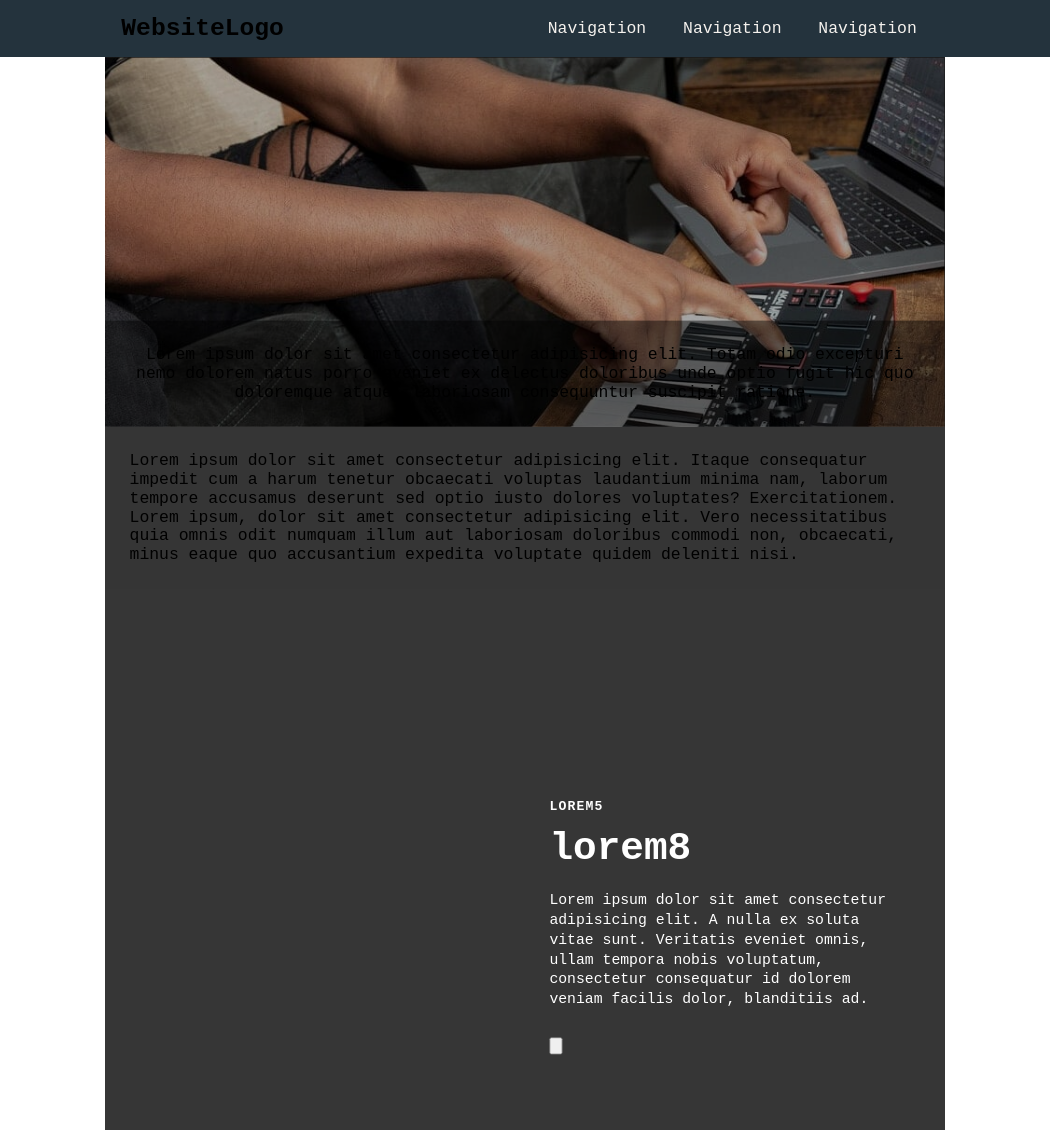
Repository: piotrokrutniak/Projekt-Studia
Page: index.html
An editor plug-in stored every save of this project. The page is shown before and after the next save, followed by the edit.
The browser window is 1280 px wide. The pictures show the whole page, at 82% of full size.

Above is the page before, as saved 2023-03-04 14:54:40.

After the next save:
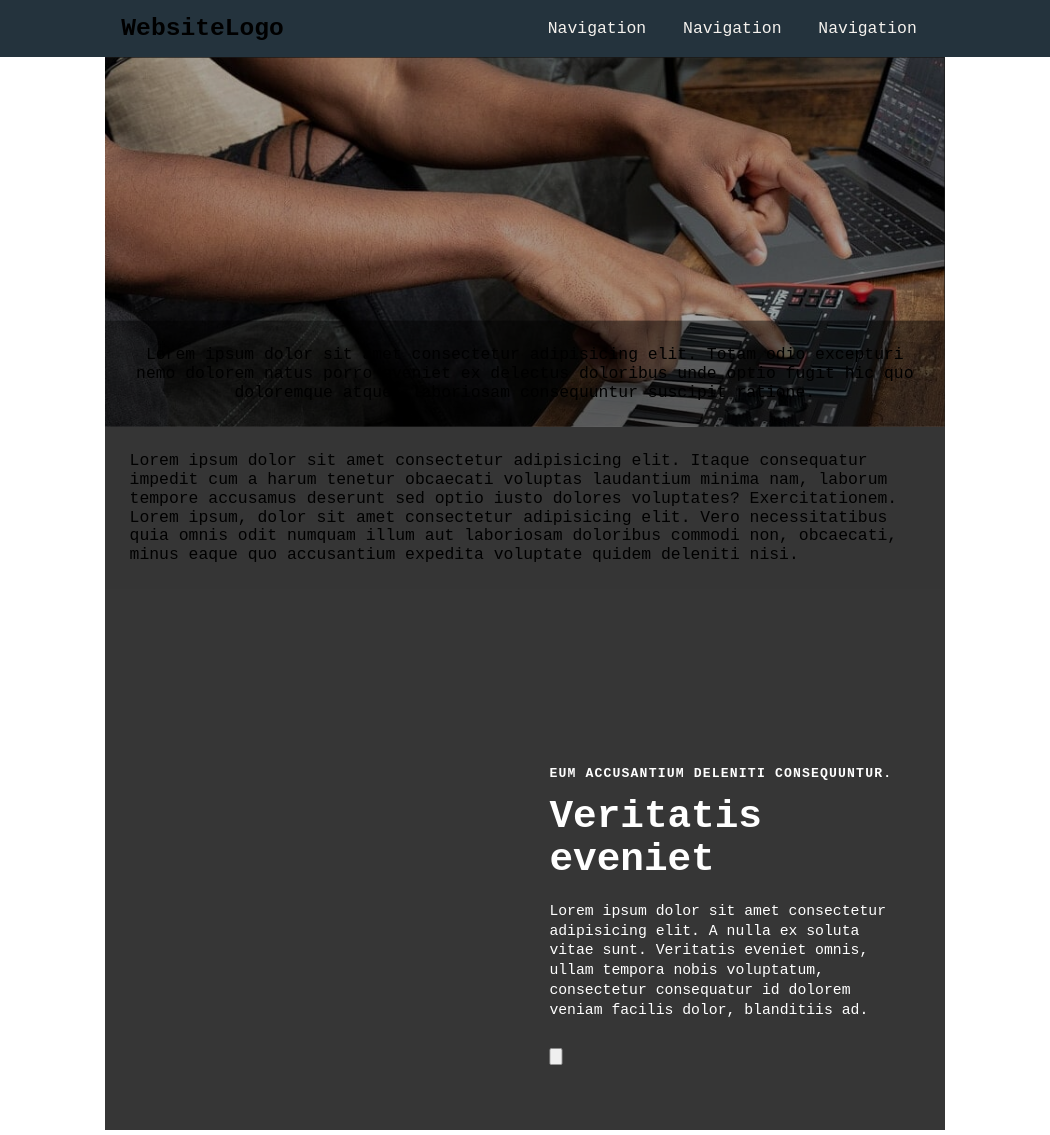
Saved 35 s later.
--- a/index.html
+++ b/index.html
@@ -52,8 +52,8 @@
                 <div class="info-row">
                     <div class="left-column">
                         <div class="text-wrapper">
-                            <div class="top-text">lorem5</div>
-                            <div class="title">lorem8</div>
+                            <div class="top-text">Eum accusantium deleniti consequuntur.</div>
+                            <div class="title">Veritatis eveniet</div>
                             <div class="subtitle">Lorem ipsum dolor sit amet consectetur adipisicing elit. A nulla ex soluta vitae sunt. Veritatis eveniet omnis, ullam tempora nobis voluptatum, consectetur consequatur id dolorem veniam facilis dolor, blanditiis ad.</div>
                             <div class="btn-wrap">
                                 <input type="button" class="button">
